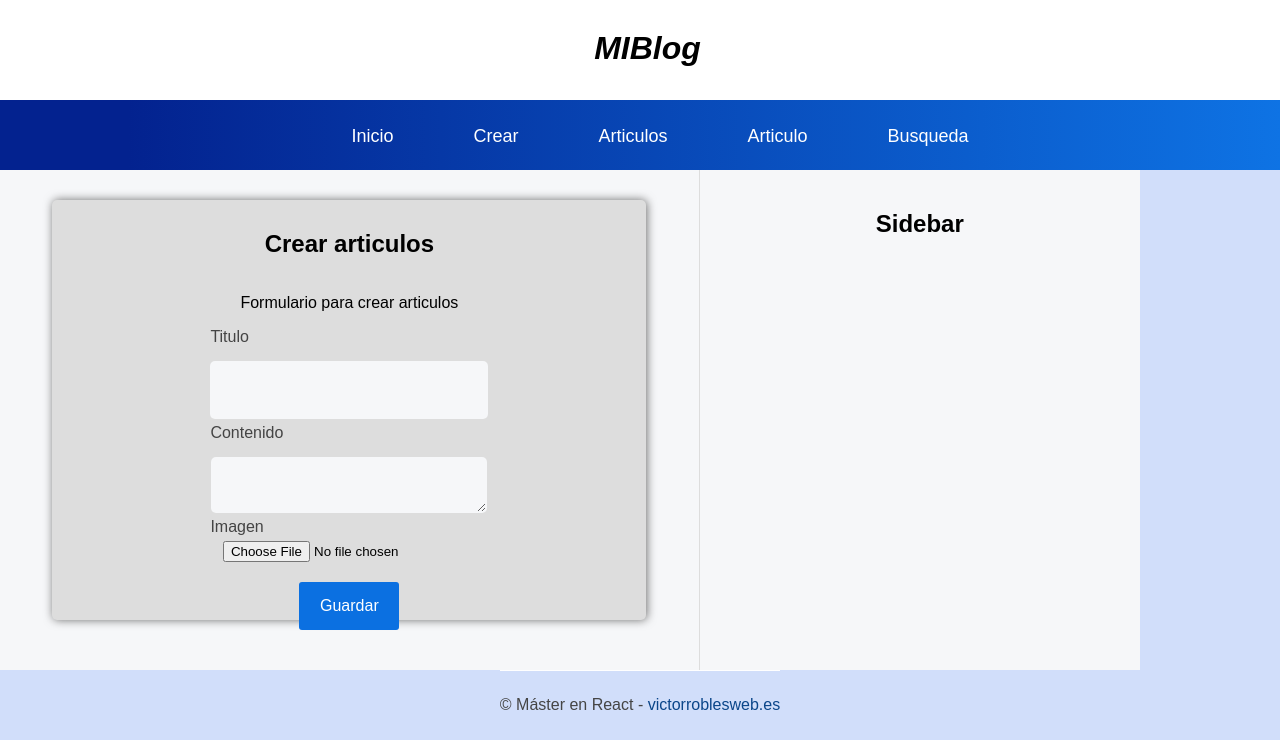
Repository: DamianBermudez94/frondEnd-blog
Page: /crear
These files come from the project's save history. The page is drawn as it stood at one moment and after the next save; the edit follows.
The browser window is 1280 px wide. The pictures show the whole page.
The project was rebuilt for these pictures with package versions that can differ from the ones it lists, and the page was loaded fresh each time. Also part of the build but not shown: vite.config.js, src/components/pages/Inicio.jsx, src/components/pages/Busqueda.jsx, src/helper/Global.jsx, src/helper/Peticion.jsx, src/components/pages/Listado.jsx, src/components/pages/Articulos.jsx, src/components/pages/Articulo.jsx.

Above is the page before, as saved 2023-08-14 19:29:22.

### index.html
<!doctype html>
<html lang="es">
  <head>
    <meta charset="UTF-8" />
    <link rel="icon" type="image/svg+xml" href="/vite.svg" />
    <meta name="viewport" content="width=device-width, initial-scale=1.0" />
    <title>Proyecto-blog</title>
  </head>
  <body>
    <div id="root"></div>
    <script type="module" src="/src/main.jsx"></script>
  </body>
</html>

### src/main.jsx

import ReactDOM from 'react-dom/client'
import App from './App.jsx'
import './index.css'

ReactDOM.createRoot(document.getElementById('root')).render(

    <App />

)

### src/App.jsx
import { Rutas } from "./router/rutas"



function App() {


  return (
    <div className="layout">
      <Rutas></Rutas>
    </div>
  )
}

export default App

### src/index.css
/*:root {
  font-family: Inter, system-ui, Avenir, Helvetica, Arial, sans-serif;
  line-height: 1.5;
  font-weight: 400;

  color-scheme: light dark;
  color: rgba(255, 255, 255, 0.87);
  background-color: #242424;

  font-synthesis: none;
  text-rendering: optimizeLegibility;
  -webkit-font-smoothing: antialiased;
  -moz-osx-font-smoothing: grayscale;
  -webkit-text-size-adjust: 100%;
}

a {
  font-weight: 500;
  color: #646cff;
  text-decoration: inherit;
}
a:hover {
  color: #535bf2;
}

body {
  margin: 0;
  display: flex;
  place-items: center;
  min-width: 320px;
  min-height: 100vh;
}

h1 {
  font-size: 3.2em;
  line-height: 1.1;
}

button {
  border-radius: 8px;
  border: 1px solid transparent;
  padding: 0.6em 1.2em;
  font-size: 1em;
  font-weight: 500;
  font-family: inherit;
  background-color: #1a1a1a;
  cursor: pointer;
  transition: border-color 0.25s;
}
button:hover {
  border-color: #000bdb;
}
button:focus,
button:focus-visible {
  outline: 4px auto -webkit-focus-ring-color;
}

@media (prefers-color-scheme: light) {
  :root {
    color: #213547;
    background-color: #ffffff;
  }
  a:hover {
    color: #000dff;
  }
  button {
    background-color: #f9f9f9;
  }
}*/


/*ESTILOS GENERALES*/

body{
  background: #d1defa;
  font-family: sans-serif, Arial, Helvetica;
  text-align: center;
  padding: 0px;
  margin: 0px;
  box-sizing: border-box;

}

.layout{
  display: grid;
  grid-template-areas:
      "header header header header"
      "nav nav nav nav"
      "content content content lateral"
      "footer footer footer footer"
  ;
  grid-template-rows: 100px 70px auto 70px;
}

/*ESTILOS CABECERA*/

.header{
  grid-area: header;
  width: 100%;
  background: white;
  text-align: left;
  font-style: italic;

  display: flex;
  justify-content: center;
}



.header h1{
  margin-left: 15px;
  margin-top: 30px;
}

/*ESTILOS DE LA BARRA DE NAVEGACIÓN*/

.nav{
  grid-area: nav;
  background: linear-gradient(90deg, #03228f 10%, #0e73e4 100%);
}

.nav > ul {
  display: flex;
  justify-content: center;
  align-items: center;
  list-style: none;
}

.nav li{
  padding: 10px;
}

.nav a {
  display: block;
  margin-left: 30px;
  margin-right: 30px;
  font-size: 18px;
  font-weight: lighter;
  color: white;
  text-decoration: none;
  transition: all 300ms;
}

.nav a:hover{
  transform: scale(1.1, 1.1);
}

/*ESTILOS PARA EL CONTENIDO PRINCIPAL*/

.content{

  grid-area: content;
  background: #f6f7f9;
  display: flex;
  flex-flow: wrap;
  justify-content: flex-start;
  align-items: initial;
  flex-grow: 1;
}
.jumbo{
  width: 85%;
  height: 80%;
  padding-top: 20px;
  display: flex;
  background-color: #ddd;
  justify-content: center;
  align-items: center;
  flex-direction: column;
  border-radius: 5px;
  box-shadow: 1px 0px 10px 0px #6e6e6e;
  margin: 30px auto;
}
.articulo-item{
  flex-grow: 1;
  background: white;
  border-radius: 10px;
  box-shadow: 0px 0px 6px #ddd;
  margin: 20px;
  padding-top: 60px;
  padding-bottom: 60px;
  padding-left: 25px;
  padding-right: 25px;
  display: flex;
  justify-content: center;
  align-items: center;
  max-height: 225px;
}
.articulo-img img{
  width: 500px;
  overflow: hidden;
}
.articulo-item .edit{
  margin-right: 7px;
}
.articulo-datos{
  text-align: left;
}
.title-articulo{
  font-size: 25px;

}
.button,
button,
input[type="submit"],
input[type="button"]{
  width: 100px;
  background: #0b70e1;
  color: white;
  border: 0;
  outline: 0;
  padding:15px;
  border-radius: 3px;
  margin-top:15px;
  text-transform: capitalize;
  font-size: 16px;
  font-weight: 500;
  cursor: pointer;
  transition: all 300ms;
}
.articulo-borrar{
  margin-right: 20px;
}
.articulo-item .articulo-borrar:hover{

  background: #9b0202;
}

.articulo-item .articulo-editar:hover{
  background: #e77b00;
}

/*ESTILOS BARRA LATERAL*/

.lateral{
  width: 400px;
  grid-area: lateral;
  background: #f6f7f9;
  border-left: 1px solid #ddd;
  padding: 20px;
}

.lateral > div{
  box-sizing: border-box;
  width: 90%;
  margin: 20px;
  padding: 20px;
  padding-top: 10px;
  background: white;
  border-radius: 10px;
  box-shadow: 0px 0px 6px #ddd;
}

input[type="text"],
input[type="text"],
textarea,
input[type="text"],
input[type="text"],
textarea
{
  display: block;
  margin: 0 auto;
  margin-top: 15px;
  padding: 12px;
  border-radius: 5px;
  background: #f6f7f9;
  color: #454545;
  width: 80%;
  max-width: 250px;
  min-width: 250px;
  min-height: 30px;
  max-height: 250px;
  opacity: 4;
  outline: 0;
  border-color: transparent;
}
.no-encontrado{
  color: #9b0202;
}
.edit_form{
  border-top: 1px solid #ddd;
  margin-top: 10px;
}
.formulario{
 margin-top: 0;
}
.grup-form label{
 display: block;
  text-align: left;
  outline: 0;
  color: #444;
  margin-bottom: 5px;
}
.grup-form input,
.grup-form textarea{

   margin-bottom: 5px;
 }
/*ESTILOS PARA EL PIE DE PÁGINA*/
.footer{
  max-height: 300px;
  grid-area: footer;
  margin: 0 auto;
  background-color: #d1defa;
  color: #454545;
  border-top: 1px solid white;

  line-height: 68px;

}

.footer a{
  color: #0b468a;
  text-decoration: none;
}

@media (max-width: 1085px){
  .content {
      flex-flow: column wrap;
      justify-content: center;
      align-items: center;
  }

  .articulo-item{
      width: 80%;
  }
}

### src/router/rutas.jsx

import { BrowserRouter, Routes, Route } from "react-router-dom";
import { Inicio } from "../components/pages/Inicio";
import { Busqueda } from "../components/pages/Busqueda";
import { Crear } from "../components/pages/Crear";
import Articulos from "../components/pages/Articulos";
import { Articulo } from "../components/pages/Articulo";
import { Header } from "../components/layout/Header";
import { Nav } from "../components/layout/Nav";
import { Footer } from "../components/layout/Footer";
import { Sidebar } from "../components/layout/Sidebar";


export const Rutas = ()=>{

    return(

        <BrowserRouter>
            {/*Layout*/}
            <Header></Header>
            <Nav></Nav>
            {/*Contenido principal y rutas*/}
            <section id="content" className="content">
                <Routes>
                    <Route path="/" element={<Inicio/>}/>
                    <Route path="/inicio" element={<Inicio/>}/>
                    <Route path="/busqueda" element={<Busqueda/>}/>
                    <Route path="/crear" element={<Crear/>}/>
                    <Route path="/articulos" element={<Articulos/>}/>
                    <Route path="/articulo" element={<Articulo/>}/>
                </Routes>
            </section>
            <Sidebar/>
            <Footer></Footer>
        </BrowserRouter>

    )

}

### src/components/pages/Crear.jsx


export const Crear = () => {
  return (
    <div className="jumbo">
      <h1>Crear articulos</h1>
      <p>Formulario para crear articulos</p>
      <form className="formulario">
        <div className="grup-form">
          <label htmlFor="titulo">Titulo</label>
          <input type="text" name="titulo"/>
        </div>
        <div className="grup-form">
          <label htmlFor="contenido">Contenido</label>
          <textarea type="textarea" name="contenido"/>
        </div>
        <div className="grup-form">
          <label htmlFor="file0">Imagen</label>
          <input type="file" name="file0" id="file"/>
        </div>
        <input type="submit" value="Guardar" className="btn btn-succes" />
      </form>
    </div>
  );
};

### src/components/layout/Header.jsx
import React from 'react'

export const Header = () => {
  return (

         <header className="header">
            <h1>MIBlog</h1>
        </header>

  )
}

### src/components/layout/Nav.jsx
import React from 'react'
import { NavLink } from 'react-router-dom'

export const Nav = () => {
  return (

           <nav className="nav">
            <ul>
                <li><NavLink to="/#">Inicio</NavLink></li>
                <li><NavLink to="/crear">Crear</NavLink></li>
                <li><NavLink to="/articulos">Articulos</NavLink></li>
                <li><NavLink to="/articulo">Articulo</NavLink></li>
                <li><NavLink to="/busqueda">Busqueda</NavLink></li>

            </ul>
        </nav>

  )
}

### src/components/layout/Footer.jsx
import React from 'react'

export const Footer = () => {
  return (

         <footer className="footer">
            &copy; Máster en React - <a href="https://victorroblesweb.es">victorroblesweb.es</a>
        </footer>

  )
}

### src/components/layout/Sidebar.jsx
import React from 'react'

export const Sidebar = () => {
  return (
        <aside className="lateral">

            <h1>Sidebar</h1>

        </aside>

  )
}

After the next save:
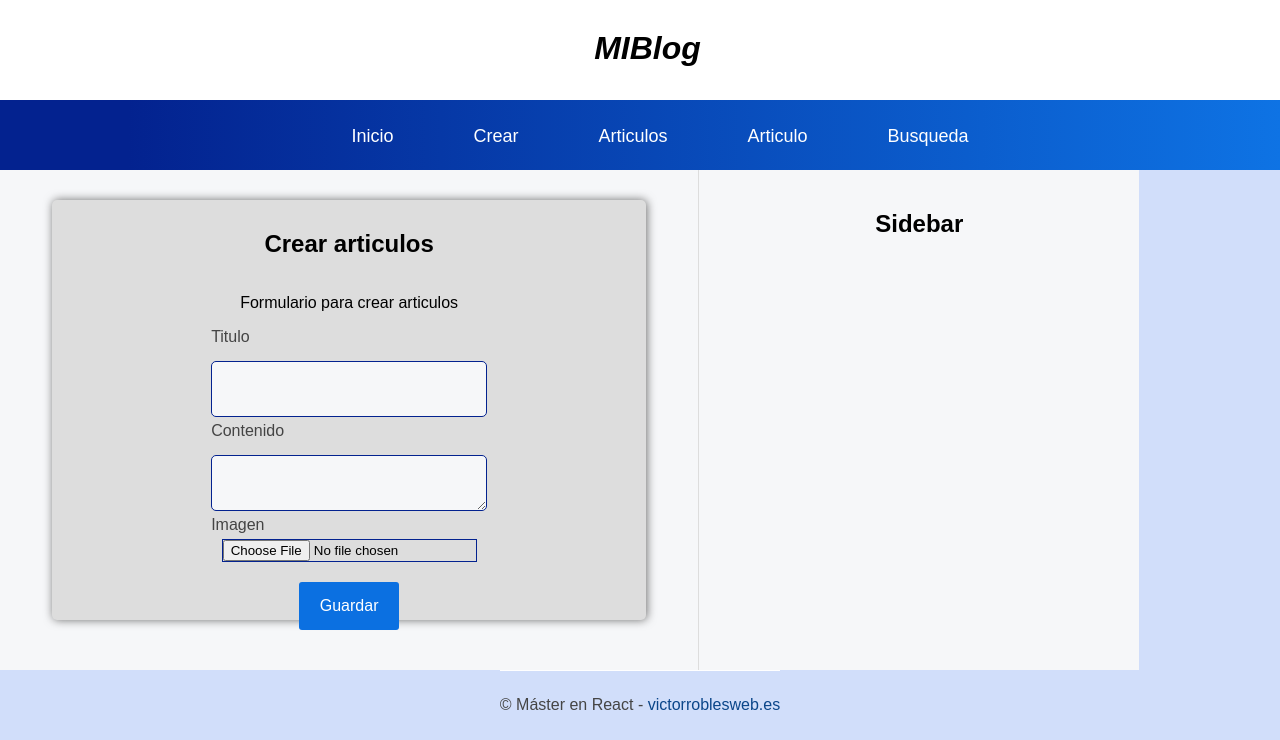
Saved 15 s later.
--- a/src/index.css
+++ b/src/index.css
@@ -292,7 +292,7 @@ textarea
 }
 .grup-form input,
 .grup-form textarea{
-
+  border: 1px solid #03228f;
    margin-bottom: 5px;
  }
 /*ESTILOS PARA EL PIE DE PÁGINA*/
